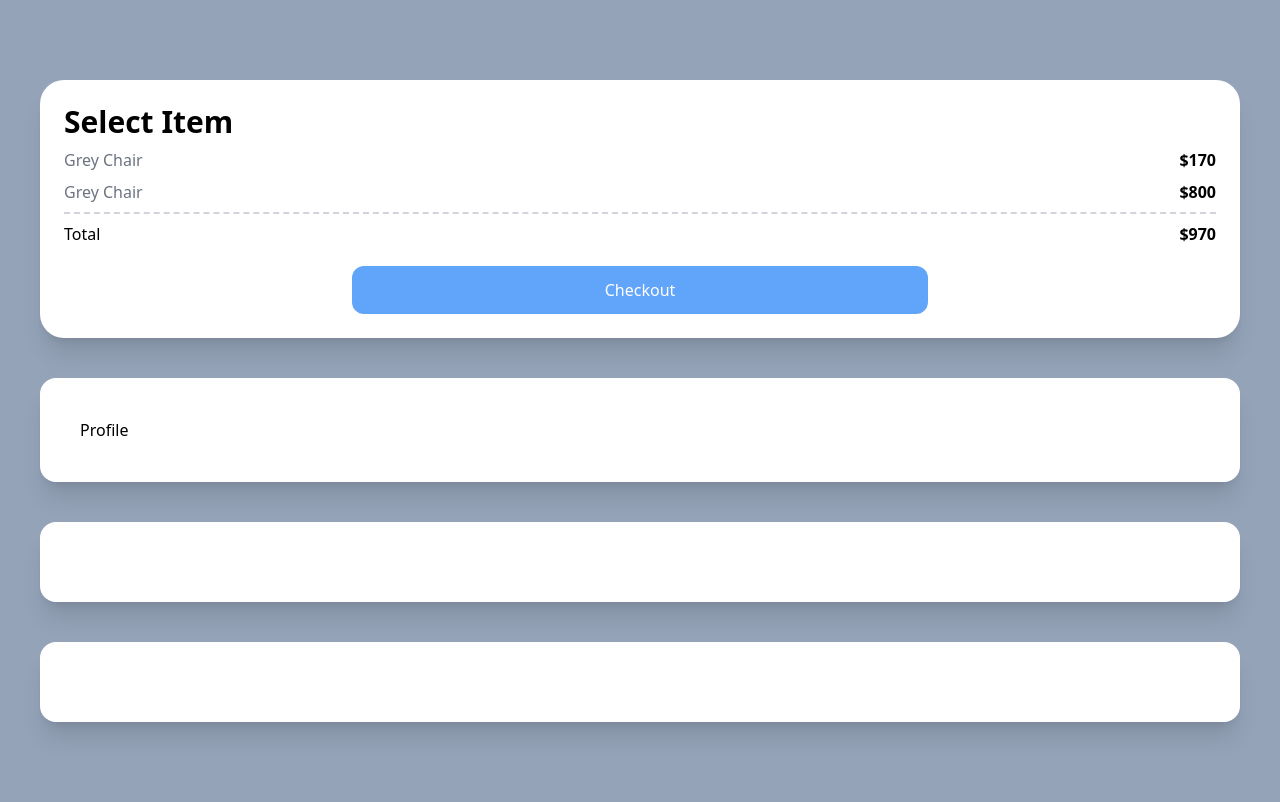
Repository: pjk0007/nextjs-carrot-marcket
Page: /
An editor plug-in stored every save of this project. The page is shown before and after the next save, followed by the edit.
The browser window is 1280 px wide. The pictures show the whole page.
The project was rebuilt for these pictures with package versions that can differ from the ones it lists, and the page was loaded fresh each time. The framework's server and built-in components were replaced by stand-ins that run in the browser. Also part of the build but not shown: next.config.js.

Above is the page before, as saved 2022-04-30 13:07:18.

### pages/index.tsx
import type { NextPage } from 'next'
const Home: NextPage = () => {
  return (
    <div className='bg-slate-400 py-20 px-10 grid gap-10'>
      <div className='bg-white p-6 rounded-3xl shadow-xl'>
        <span className='font-semibold text-3xl'>Select Item</span>
        <div className='flex justify-between my-2'>
          <span className='text-gray-500'>Grey Chair</span>
          <span className='font-semibold'>$170</span>
        </div>
        <div className='flex justify-between'>
          <span className='text-gray-500'>Grey Chair</span>
          <span className='font-semibold'>$800</span>
        </div>
        <div className='flex justify-between mt-2 pt-2 border-t-2 border-dashed border-gray-300'>
          <span>Total</span>
          <span className='font-semibold'>$970</span>
        </div>
        <div className='mt-5 bg-blue-400 text-white p-3 text-center rounded-xl w-1/2 mx-auto'>Checkout</div>
      </div>
      <div className='bg-white p-10 rounded-2xl shadow-xl'>
        <div><span>Profile</span></div>
      </div>
      <div className='bg-white p-10 rounded-2xl shadow-xl'></div>
      <div className='bg-white p-10 rounded-2xl shadow-xl'></div>
    </div>
  );
}

export default Home

### tailwind.config.js
module.exports = {
  content: [
    "./pages/**/*.{js,jsx,ts,tsx}",
    "./components/**/*.{js,jsx,ts,tsx}"
  ],
  theme: {
    extend: {},
  },
  plugins: [],
}

Loaded but not shown: pages/_app.tsx (common file); styles/globals.css (common file)

After the next save:
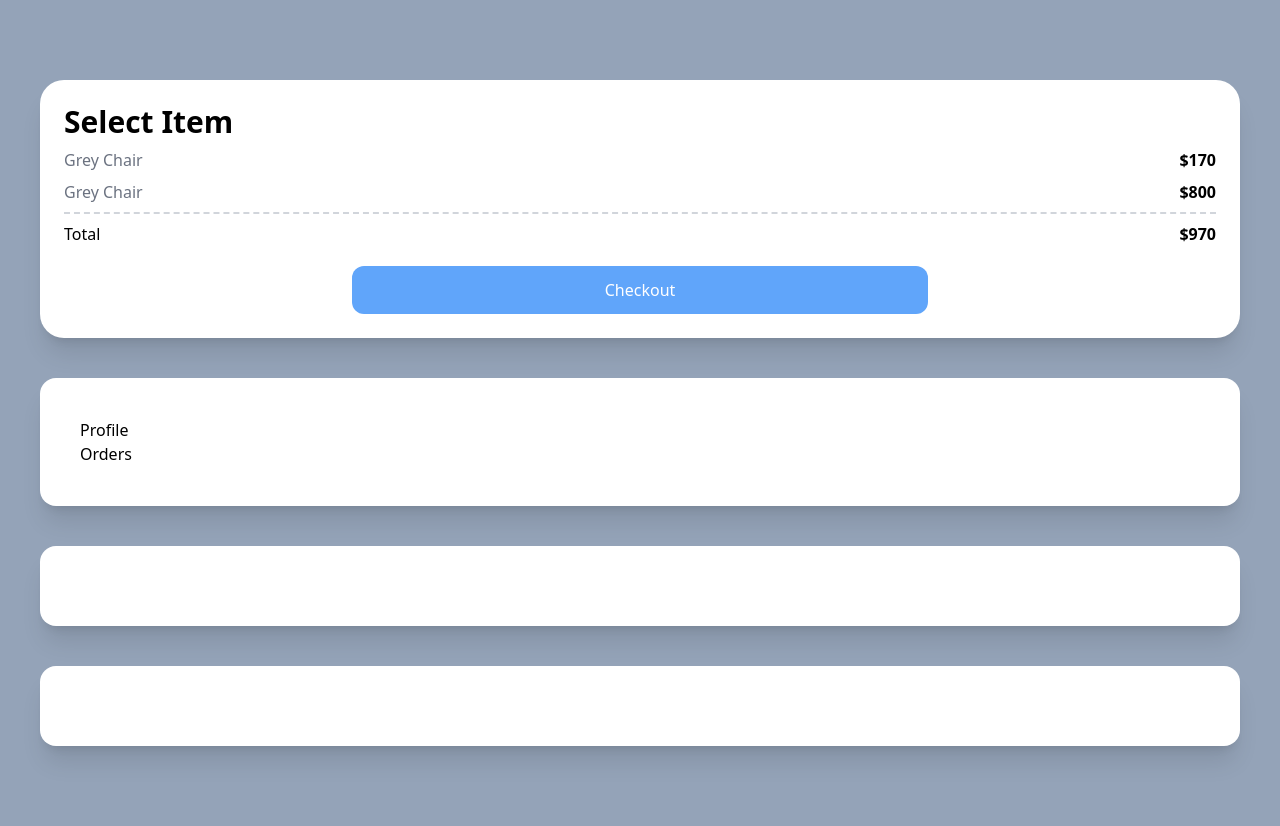
Saved 23 s later.
--- a/pages/index.tsx
+++ b/pages/index.tsx
@@ -19,7 +19,16 @@ const Home: NextPage = () => {
         <div className='mt-5 bg-blue-400 text-white p-3 text-center rounded-xl w-1/2 mx-auto'>Checkout</div>
       </div>
       <div className='bg-white p-10 rounded-2xl shadow-xl'>
-        <div><span>Profile</span></div>
+        <div>
+          <span>Profile</span>
+        </div>
+        <div>
+          <div>
+            <div>
+              <span>Orders</span>
+            </div>
+          </div>
+        </div>
       </div>
       <div className='bg-white p-10 rounded-2xl shadow-xl'></div>
       <div className='bg-white p-10 rounded-2xl shadow-xl'></div>
